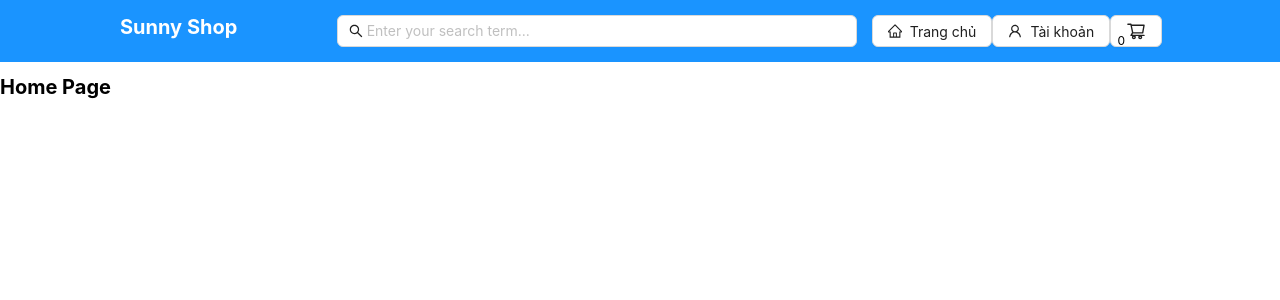
Repository: manhhieu120499/E-Commerce
Page: /
An editor plug-in stored every save of this project. The page is shown before and after the next save, followed by the edit.
The browser window is 1280 px wide. The pictures show the whole page.
The project was rebuilt for these pictures with package versions that can differ from the ones it lists, and the page was loaded fresh each time. Also part of the build but not shown: src/pages/product/Product.js, src/pages/order/Order.js, src/pages/notFound/NotFound.js, src/layouts/NormalLayout/NormalLayout.js.

Above is the page before, as saved 2025-01-01 11:46:11.

### src/index.js
import React from "react";
import ReactDOM from "react-dom/client";
import App from "./App";
import reportWebVitals from "./reportWebVitals";
import GlobalStyle from "./GlobalStyles";
import { Provider } from "react-redux";
import store from "./redux/store";

const root = ReactDOM.createRoot(document.getElementById("root"));
root.render(
  <React.StrictMode>
    <Provider store={store}>
      <GlobalStyle>
        <App />
      </GlobalStyle>
    </Provider>
  </React.StrictMode>
);

// If you want to start measuring performance in your app, pass a function
// to log results (for example: reportWebVitals(console.log))
// or send to an analytics endpoint. Learn more: https://bit.ly/CRA-vitals
reportWebVitals();

### src/App.js
import React from "react";
import { BrowserRouter as Router, Route, Routes } from "react-router-dom";
import { publicRoute } from "./route";
function App() {
  return (
    <div className="App">
      <Router>
        <Routes>
          {publicRoute.map((route) => {
            const Page = route.component;
            const Layout = route.layout;
            return (
              <Route
                key={route.path}
                path={route.path}
                element={
                  <Layout>
                    <Page />
                  </Layout>
                }
              />
            );
          })}
        </Routes>
      </Router>
    </div>
  );
}

export default App;

### src/redux/store.js
import { configureStore } from "@reduxjs/toolkit";
import productSlice from "./slices/productSlice";

const store = configureStore({
    reducer: {
        product: productSlice
    }
})

export default store;

### src/route/index.js
import { Home, Product, Order, NotFound } from "../pages";
import { DefaultLayout, NormalLayout } from "../layouts";

const publicRoute = [
  {
    path: "/",
    component: Home,
    layout: DefaultLayout,
  },
  {
    path: "/product",
    component: Product,
    layout: DefaultLayout,
  },
  {
    path: "/order",
    component: Order,
    layout: DefaultLayout,
  },
  {
    path: "*",
    component: NotFound,
    layout: NormalLayout,
  },
];

const privateRoute = [];

export { publicRoute, privateRoute };

### src/GlobalStyles/GlobalStyles.js
import "./css/GlobalStyles.css";
export default function GlobalStyle({ children }) {
    return (
        <div className="wrapper">
            { children }
        </div>
    )
}

### src/redux/slices/productSlice.js
import { createSlice } from "@reduxjs/toolkit";

// const initialState = {
//     products: [],
// }

// export const productSlice = createSlice({
//     name: 'productSlice',
//     initialState,
//     reducers:{
//         setProduct: (state, action) => {
//             return {...state}
//         }
//     }
// })

const initialState = {
    value: 0
}

const productSlice = createSlice({
    name: 'productSlice',
    initialState,
    reducers: {
        increase: (state, action) => {
            return {...state, value: state.value + 1}
        },
        decrease: (state, action) => {
            return {...state, value: state.value - 1}
        }
    }
})

export const { increase, decrease } = productSlice.actions;

export default productSlice.reducer;

### src/pages/index.js
import Home from "./home";
import Product from "./product";
import Order from "./order";
import NotFound from "./notFound";

export { Home, Product, Order, NotFound };

### src/layouts/index.js
import DefaultLayout from "./DefaultLayout";
import NormalLayout from "./NormalLayout";

export { DefaultLayout, NormalLayout };

### src/GlobalStyles/css/GlobalStyles.css
/* @import "antd/dist/antd.css"; */
body {
  margin: 0;
  font-family: -apple-system, BlinkMacSystemFont, 'Segoe UI', 'Roboto', 'Oxygen',
    'Ubuntu', 'Cantarell', 'Fira Sans', 'Droid Sans', 'Helvetica Neue',
    sans-serif;
  -webkit-font-smoothing: antialiased;
  -moz-osx-font-smoothing: grayscale;
  box-sizing: border-box;
  padding: 0;
}

html {
  font-size: 62.5%;
}

.wrapper {
  max-width: 100vw;
  margin: 0 auto;
}

### src/pages/product/index.js
export { default } from './Product'

### src/layouts/NormalLayout/index.js
export { default } from "./NormalLayout";

### src/pages/home/Home.js
export default function Home({children}) {
    return (
        <h1>Home Page</h1>
    )
}

### src/layouts/DefaultLayout/DefaultLayout.js
import { Header } from "../../components";

export default function DefaultLayout({ children }) {
  return (
    <div className="wrapper">
      <Header />
      {children}
    </div>
  );
}

### src/components/index.js
import Header from "./Header";
export { Header };

### src/components/Header/Header.js
import { Button, Col, Row } from "antd";
import {
  ShoppingCartText,
  WrapperRow,
  WrapperShoppingCart,
  WrapperShoppingCartText,
  WrapperSpan,
} from "./HeaderStyle";
import Search from "antd/es/transfer/search";
import {
  HomeOutlined,
  ShoppingCartOutlined,
  UserOutlined,
} from "@ant-design/icons";

export default function Header({ children }) {
  return (
    <div>
      <WrapperRow>
        <Col span={5}>
          <WrapperSpan>Sunny Shop</WrapperSpan>
        </Col>
        <Col span={12}>
          <Search
            placeholder="Enter your search term..."
            allowClear
            style={{
              width: 200,
              height: 60,
            }}
          />
        </Col>
        <Col
          span={7}
          style={{
            display: "flex",
            alignItems: "center",
            justifyContent: "space-around",
            padding: "0 15px",
          }}
        >
          <Button>
            <HomeOutlined />
            <span>Trang chủ</span>
          </Button>
          <Button>
            <UserOutlined />
            <span>Tài khoản</span>
          </Button>
          <Button>
            <WrapperShoppingCart>
              <ShoppingCartOutlined style={{ fontSize: 20 }} />
              <WrapperShoppingCartText>
                <ShoppingCartText>0</ShoppingCartText>
              </WrapperShoppingCartText>
            </WrapperShoppingCart>
          </Button>
        </Col>
      </WrapperRow>
    </div>
  );
}

### src/components/Header/HeaderStyle.js
import { Row } from "antd";
import styled from "styled-components";

export const WrapperRow = styled(Row)`
  padding: 15px 120px;
  background-color: rgb(26, 148, 255);
`;

export const WrapperSpan = styled.span`
  font-size: 20px;
  font-weight: 700;
  color: white;
`;

export const WrapperShoppingCart = styled.div`
  position: relative;
  width: 100%;
`;

export const WrapperShoppingCartText = styled.div`
  position: absolute;
  top: 10px;
  right: 10px;
  width: 30px;
  height: 30px;
  border-radius: 50%;
  background-color: "yellow";
`;

export const ShoppingCartText = styled.span`
  font-size: 12px;
  color: black;
`;

Loaded but not shown: public/index.html (common file); src/reportWebVitals.js (common file); src/GlobalStyles/index.js (common file); src/pages/home/index.js (common file); src/pages/order/index.js (common file); src/pages/notFound/index.js (common file); src/layouts/DefaultLayout/index.js (common file); src/components/Header/index.js (common file)

After the next save:
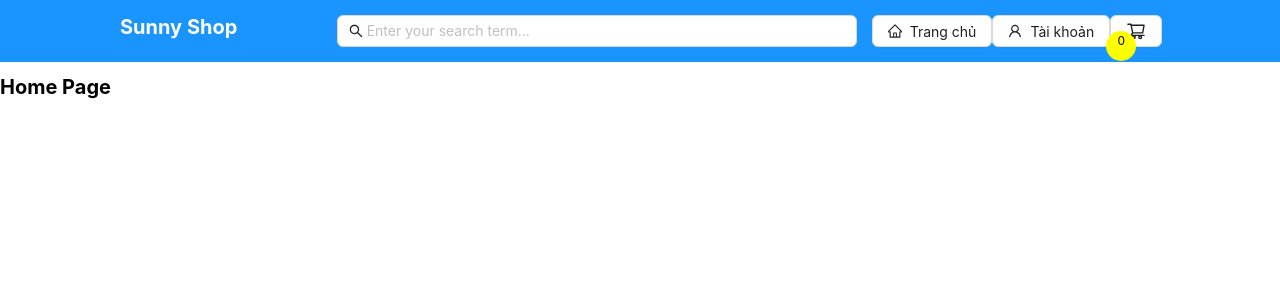
Saved 2 min 53 s later.
--- a/src/components/Header/HeaderStyle.js
+++ b/src/components/Header/HeaderStyle.js
@@ -24,7 +24,7 @@ export const WrapperShoppingCartText = styled.div`
   width: 30px;
   height: 30px;
   border-radius: 50%;
-  background-color: "yellow";
+  background-color: yellow;
 `;
 
 export const ShoppingCartText = styled.span`
